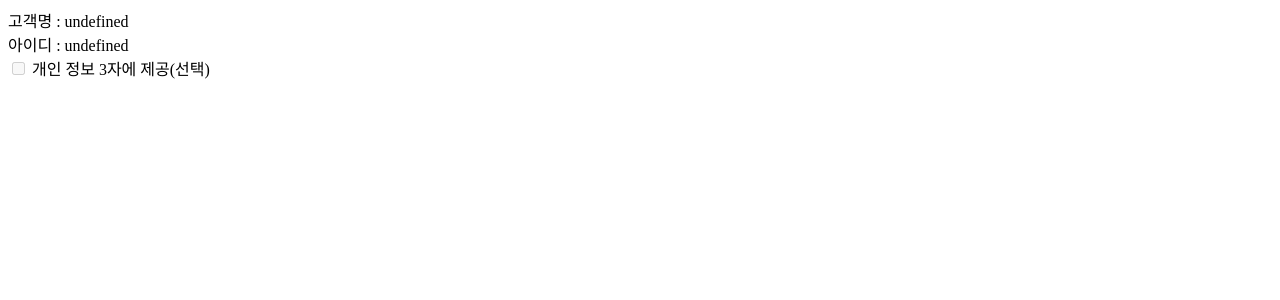
Repository: kimkeng/BackendClass
Page: example/src/main/webapp/js088.html
An editor plug-in stored every save of this project. The page is shown before and after the next save, followed by the edit.
The browser window is 1280 px wide. The pictures show the whole page.

Above is the page before, as saved 2023-08-18 08:55:11.

### example/src/main/webapp/js088.html
<!DOCTYPE html>
<html>
<head>
<meta charset="UTF-8">
<title>URI - A파트</title>
</head>
<body>

고객명 : <span id="user"></span> <br>
아이디 : <span id="idok"></span> <br>
<input type="checkbox" id="personalInfo" disabled > 개인 정보 3자에 제공(선택) <!--disabled : 수정 권한 막기-->
</body>
<script>
	var uri = decodeURI(window.location.search);
	var data1 = uri.split("&personalInfo=");
	console.log(data1.length);
	if(data1.length > 1){
		document.getElementById("personalInfo").checked = true;
	}
	var data2 = data1[0].split("&idok=")
	document.getElementById("idok").innerText = data2[1];
	var data3 = data2[0].split("user=")
	document.getElementById("user").innerText = data3[1];
</script>
</html>

After the next save:
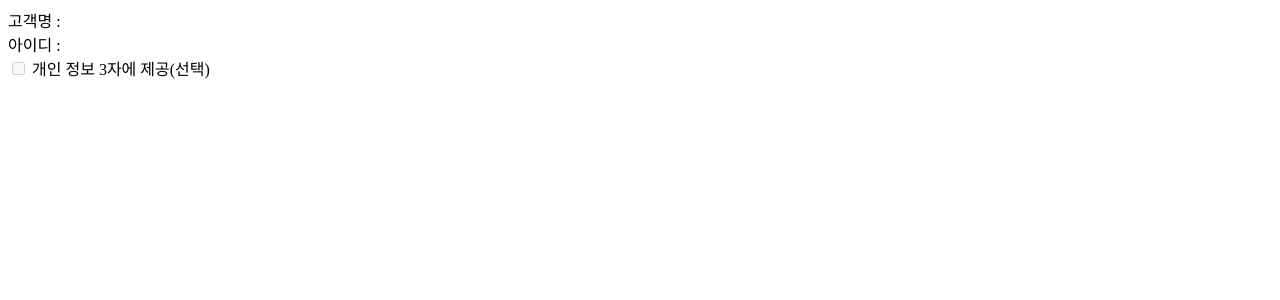
Saved 16 s later.
--- a/example/src/main/webapp/js088.html
+++ b/example/src/main/webapp/js088.html
@@ -17,9 +17,9 @@
 	if(data1.length > 1){
 		document.getElementById("personalInfo").checked = true;
 	}
-	var data2 = data1[0].split("&idok=")
-	document.getElementById("idok").innerText = data2[1];
-	var data3 = data2[0].split("user=")
-	document.getElementById("user").innerText = data3[1];
+	//var data2 = data1[0].split("&idok=")
+	//document.getElementById("idok").innerText = data2[1];
+	//var data3 = data2[0].split("user=")
+	//document.getElementById("user").innerText = data3[1];
 </script>
 </html>

After the 2 saves that followed:
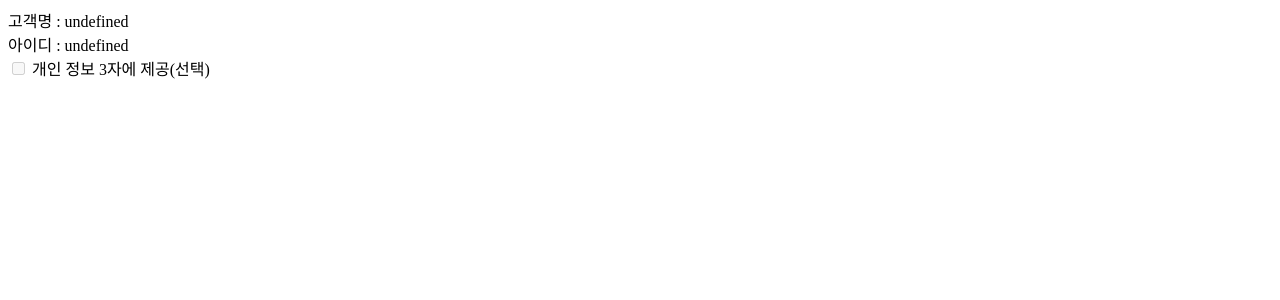
The 2 saves are shown as one change because 1 left the picture as it was.
The last was saved 100 s later.
--- a/example/src/main/webapp/js088.html
+++ b/example/src/main/webapp/js088.html
@@ -17,9 +17,9 @@
 	if(data1.length > 1){
 		document.getElementById("personalInfo").checked = true;
 	}
-	//var data2 = data1[0].split("&idok=")
-	//document.getElementById("idok").innerText = data2[1];
-	//var data3 = data2[0].split("user=")
-	//document.getElementById("user").innerText = data3[1];
+	var data2 = data1[0].split("&idok=")
+	document.getElementById("idok").innerText = data2[1];
+	var data3 = data2[0].split("?user=")
+	document.getElementById("user").innerText = data3[1];
 </script>
 </html>
